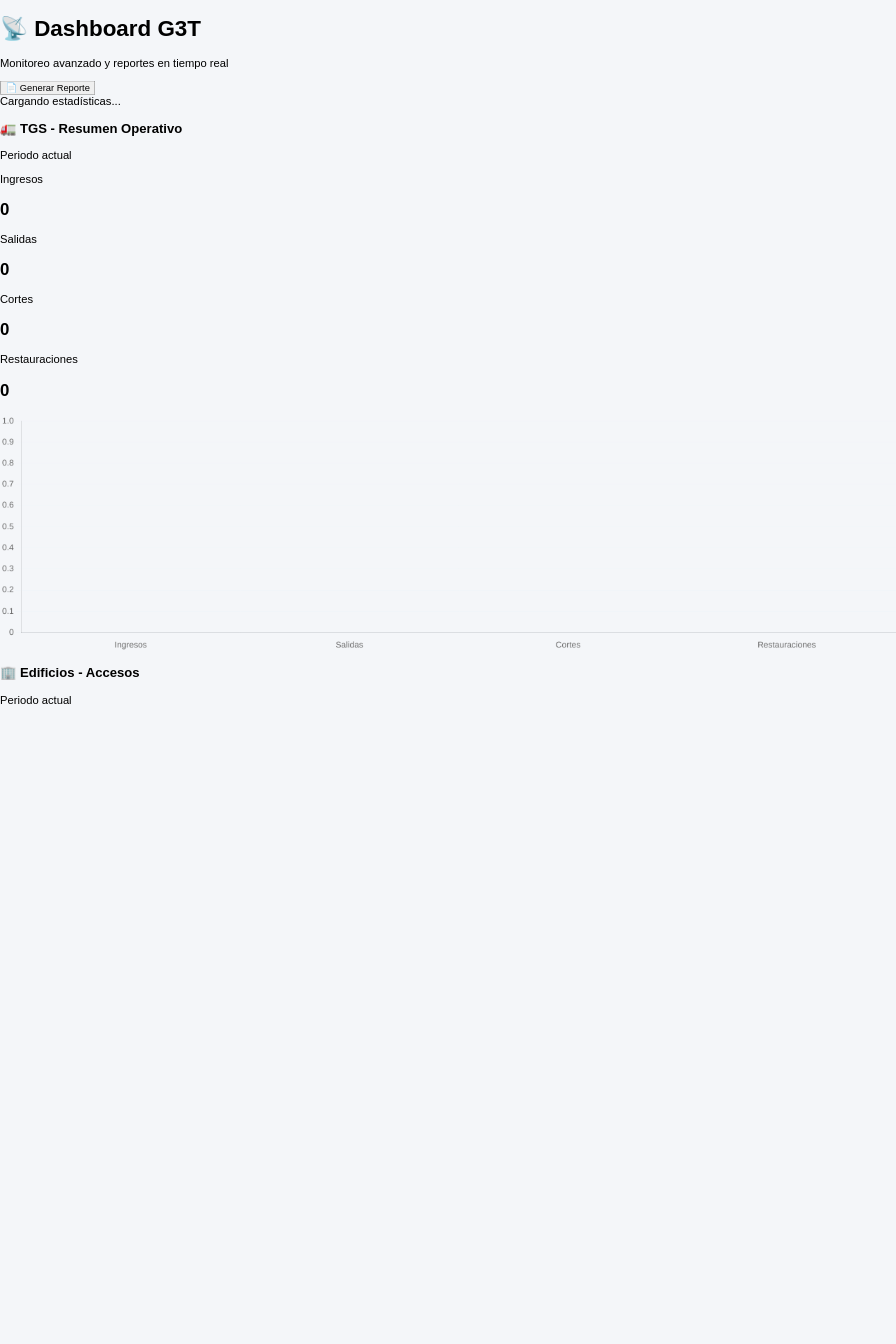
Repository: BBrian11/reportes
Page: /
An editor plug-in stored every save of this project. The page is shown before and after the next save, followed by the edit.
The browser window is 1280 px wide. The pictures show the part of the page from y = 0 to 1920 px (the page is 3354 px tall before and 2909 px after), at 70% of full size.
The page's requests for data from a server got no answer. The project was rebuilt for these pictures with package versions that can differ from the ones it lists, and the page was loaded fresh each time. Some packages were replaced by stand-ins written for this rebuild. No one was signed in, and anything a server would have sent is missing. Also part of the build but not shown: vite.config.js, src/components/Dashboard/PieChart.jsx, src/styles/form.css.

Above is the page before, as saved 2025-07-29 15:47:01.

After the next save:
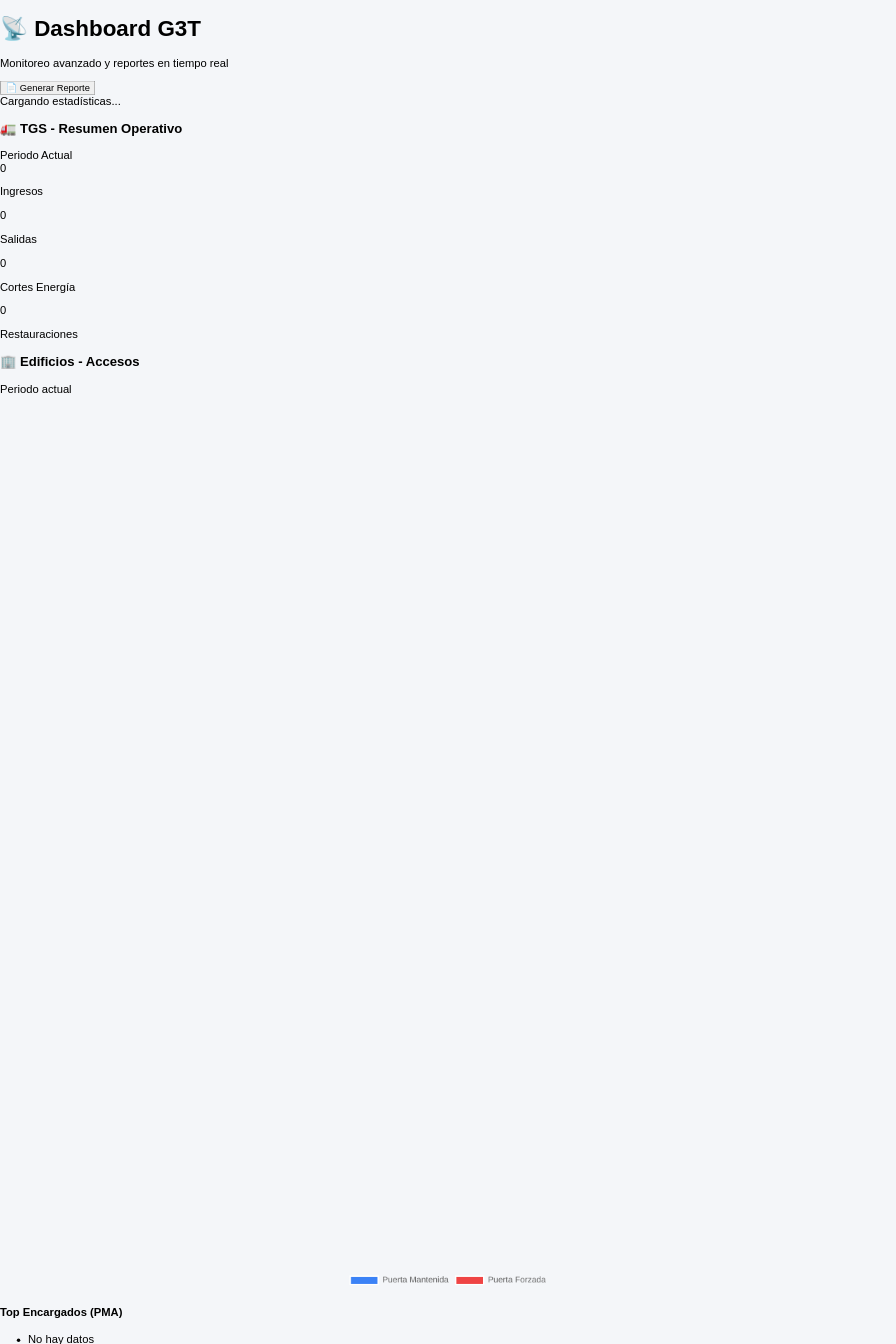
Saved 96 s later.
--- a/src/components/Dashboard/TgsStats.jsx
+++ b/src/components/Dashboard/TgsStats.jsx
@@ -1,54 +1,52 @@
 import React from "react";
-import { Bar } from "react-chartjs-2";
 
 export default function TgsStats({ eventos }) {
-  const aperturas = eventos.filter(e => e.evento.includes("Ingreso de Personal")).length;
-  const cierres = eventos.filter(e => e.evento.includes("Salida de Personal")).length;
-  const cortes = eventos.filter(e => e.evento.includes("Corte de energía eléctrica")).length;
-  const restauraciones = eventos.filter(e => e.evento.includes("Restauración de energía eléctrica")).length;
+  const aperturas = eventos.filter(e =>
+    e.evento.includes("Ingreso de Personal")
+  ).length;
+  const cierres = eventos.filter(e =>
+    e.evento.includes("Salida de Personal")
+  ).length;
+  const cortes = eventos.filter(e =>
+    e.evento.includes("Corte de energía eléctrica")
+  ).length;
+  const restauraciones = eventos.filter(e =>
+    e.evento.includes("Restauración de energía eléctrica")
+  ).length;
 
-  const chartData = {
-    labels: ["Ingresos", "Salidas", "Cortes", "Restauraciones"],
-    datasets: [
-      {
-        data: [aperturas, cierres, cortes, restauraciones],
-        backgroundColor: ["#2563eb", "#10b981", "#f59e0b", "#ef4444"],
-        borderRadius: 8,
-      },
-    ],
-  };
+  const stats = [
+    { label: "Ingresos", value: aperturas, color: "bg-blue-500" },
+    { label: "Salidas", value: cierres, color: "bg-green-500" },
+    { label: "Cortes Energía", value: cortes, color: "bg-yellow-500" },
+    { label: "Restauraciones", value: restauraciones, color: "bg-red-500" },
+  ];
 
   return (
-    <div className="bg-white rounded-xl shadow-lg p-6 mb-6 hover:shadow-xl transition">
-      <div className="flex justify-between items-center mb-4">
-        <h3 className="text-lg font-semibold text-gray-700">🚛 TGS - Resumen Operativo</h3>
-        <span className="text-xs text-gray-500">Periodo actual</span>
+    <div className="bg-white rounded-xl shadow-md p-6 hover:shadow-lg transition mb-6">
+      {/* Header */}
+      <div className="flex justify-between items-center mb-6">
+        <h3 className="text-lg font-semibold text-gray-800">
+          🚛 TGS - Resumen Operativo
+        </h3>
+        <span className="text-xs text-gray-500">Periodo Actual</span>
       </div>
-      <div className="grid grid-cols-2 md:grid-cols-4 gap-4 mb-4">
-        {[
-          { label: "Ingresos", value: aperturas, color: "text-blue-600" },
-          { label: "Salidas", value: cierres, color: "text-green-600" },
-          { label: "Cortes", value: cortes, color: "text-yellow-600" },
-          { label: "Restauraciones", value: restauraciones, color: "text-red-600" },
-        ].map((item, idx) => (
-          <div key={idx} className="bg-gray-50 rounded-lg p-3 text-center">
-            <p className="text-xs text-gray-500">{item.label}</p>
-            <h2 className={`text-xl font-bold ${item.color}`}>{item.value}</h2>
+
+      {/* KPIs */}
+      <div className="grid grid-cols-1 sm:grid-cols-2 lg:grid-cols-4 gap-4">
+        {stats.map((item, idx) => (
+          <div
+            key={idx}
+            className="flex flex-col items-center bg-gray-50 rounded-lg p-4 hover:bg-gray-100 transition"
+          >
+            <div
+              className={`w-10 h-10 ${item.color} rounded-full flex items-center justify-center text-white font-bold mb-2`}
+            >
+              {item.value}
+            </div>
+            <p className="text-sm text-gray-700 font-medium">{item.label}</p>
           </div>
         ))}
       </div>
-      <Bar
-        data={chartData}
-        options={{
-          responsive: true,
-          plugins: { legend: { display: false } },
-          scales: {
-            x: { grid: { display: false } },
-            y: { grid: { color: "#f1f5f9" } },
-          },
-        }}
-        height={80}
-      />
     </div>
   );
 }
